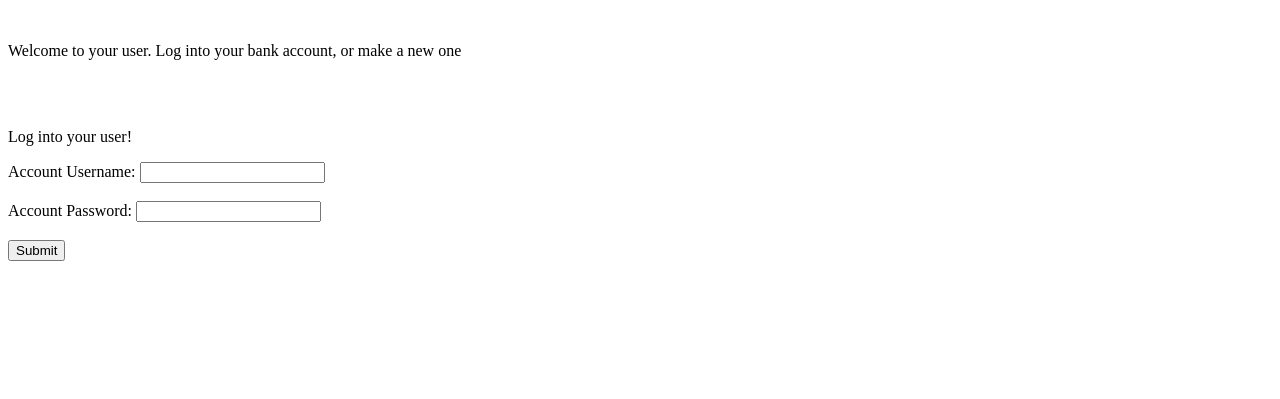
Repository: hcm4990/BankingApplicationRestAPI
Page: gs-serving-web-content-complete/src/main/resources/static/account.html
These files come from the project's save history. The page is drawn as it stood at one moment and after the next save; the edit follows.
The browser window is 1280 px wide. The pictures show the whole page.

Above is the page before, as saved 2020-04-06 15:12:48.

### gs-serving-web-content-complete/src/main/resources/static/account.html
<!DOCTYPE HTML>
<html>
<head>
<title>Your User</title>
<meta http-equiv="Content-Type" content="text/html; charset=UTF-8" />
</head>
<body>
	<br>
	<p>Welcome to your user. Log into your bank account, or make a new one</p>
	<br>
	<br>
	<p><p>Log into your user!</p>
	<form action="/transaction">
		<label for="user_id">Account Username:</label> <input type="text" id="user_id"
			name="user_id"><br> <br>
		<label for="pass_word">Account Password:</label> <input type="text" id="pass_word"
			name="pass_word"><br>
		<br> <input type="submit" value="Submit">
	</form>
</body>
</html>

After the next save:
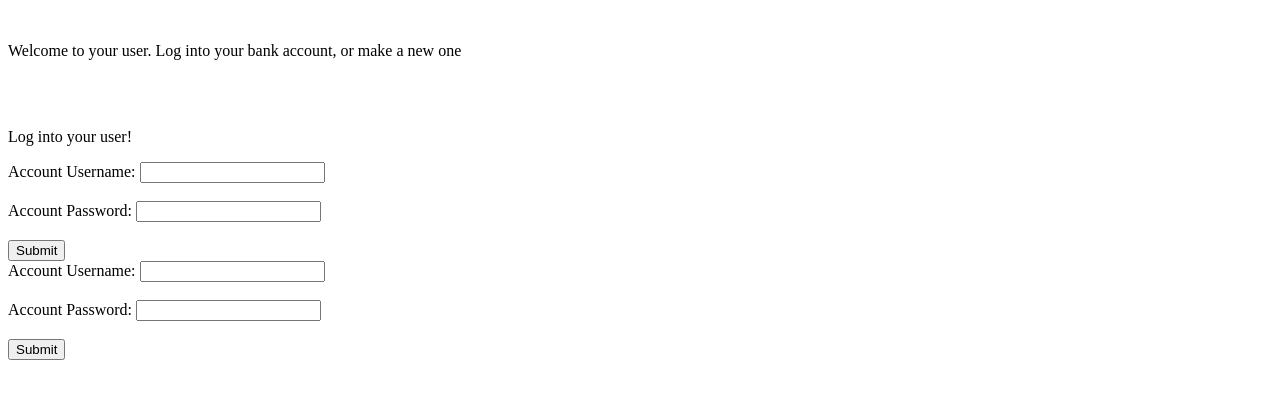
Saved 16 s later.
--- a/gs-serving-web-content-complete/src/main/resources/static/account.html
+++ b/gs-serving-web-content-complete/src/main/resources/static/account.html
@@ -17,5 +17,12 @@
 			name="pass_word"><br>
 		<br> <input type="submit" value="Submit">
 	</form>
+	<form action="/transaction">
+		<label for="user_id">Account Username:</label> <input type="text" id="user_id"
+			name="user_id"><br> <br>
+		<label for="pass_word">Account Password:</label> <input type="text" id="pass_word"
+			name="pass_word"><br>
+		<br> <input type="submit" value="Submit">
+	</form>
 </body>
 </html>
